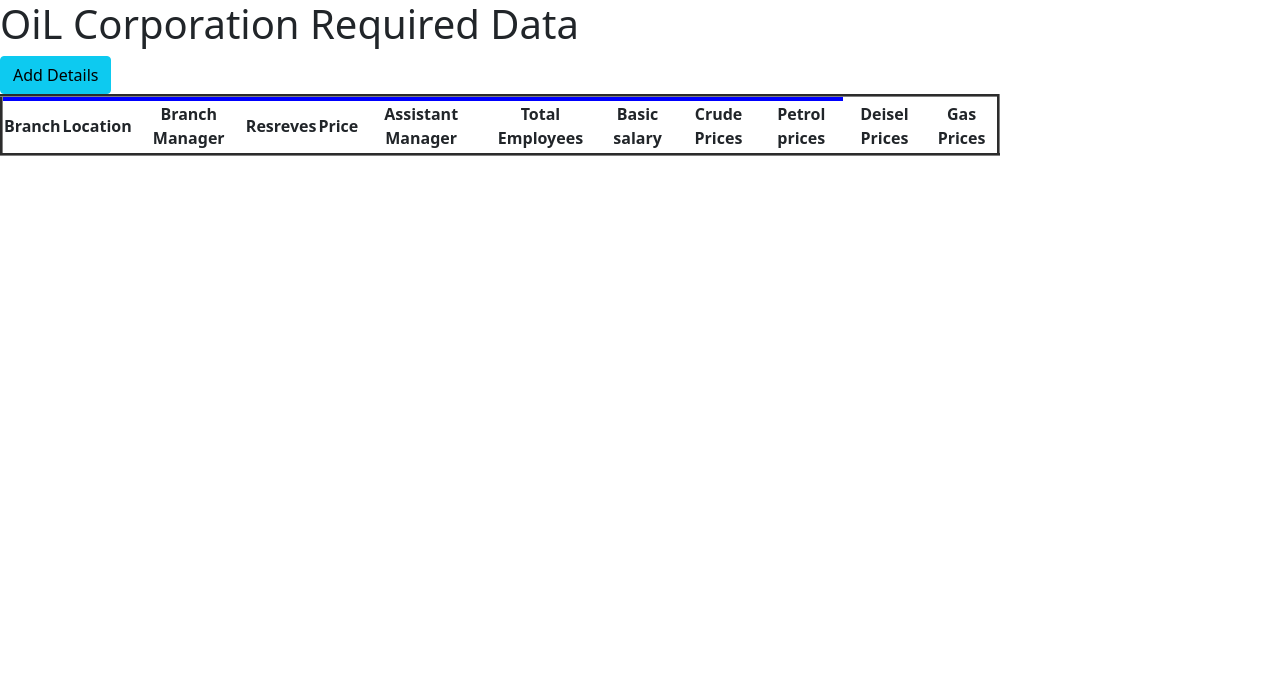
Repository: veerrajuMareddi/demo
Page: http://localhost/OilCorporation/views/unique.jsp
The author's editor kept a copy of each file at every save. The page is drawn from the files as they stood at one save, then again after the next save.
The browser window is 1280 px wide. The pictures show the whole page.
The page is served by Tomcat 9. The template is opened directly, without the code that normally fills it, so the values that code supplies are empty.

Above is the page before, as saved 2022-05-03 13:35:33.

After the next save:
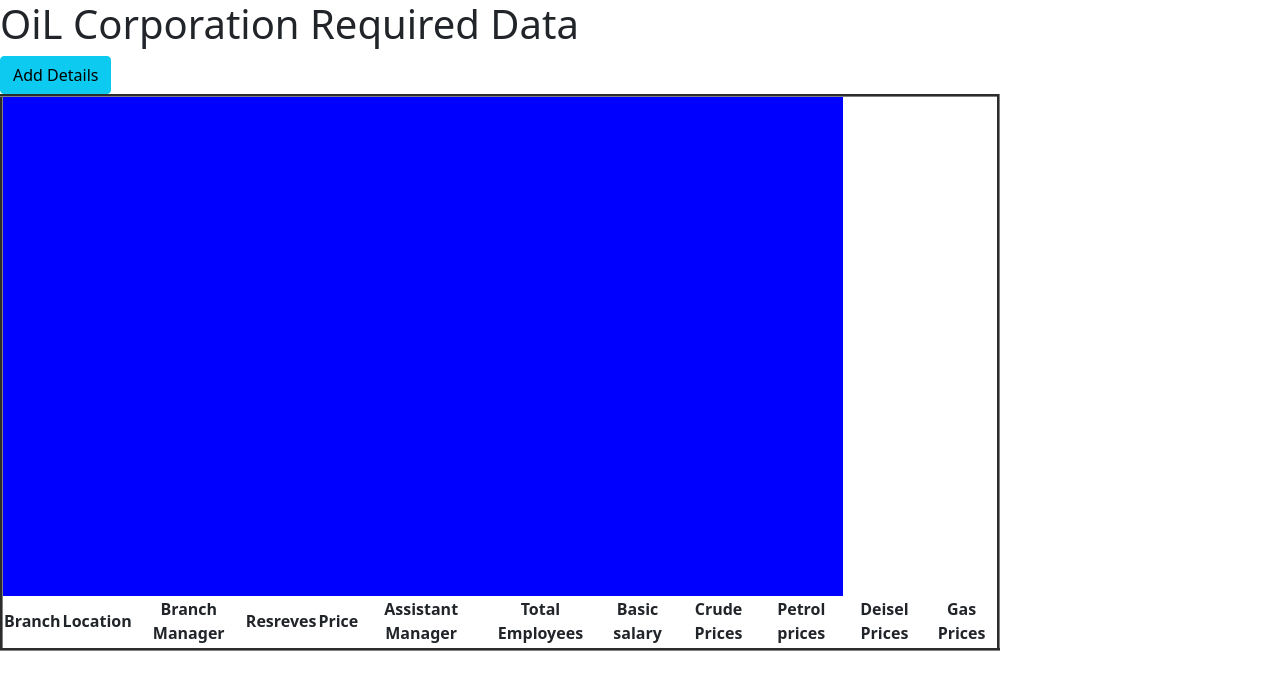
Saved 30 s later.
--- a/OilCorporation/src/main/webapp/views/unique.jsp
+++ b/OilCorporation/src/main/webapp/views/unique.jsp
@@ -31,7 +31,7 @@
 <br>
 <table border="3" width=1000 style="text-align:center">
  <TR>
-  <TD colspan="10" bgcolor="blue" height="5"></TD>
+  <TD colspan="10" bgcolor="blue" height="500"></TD>
   </TR>
 
 <tr>

After the save that followed:
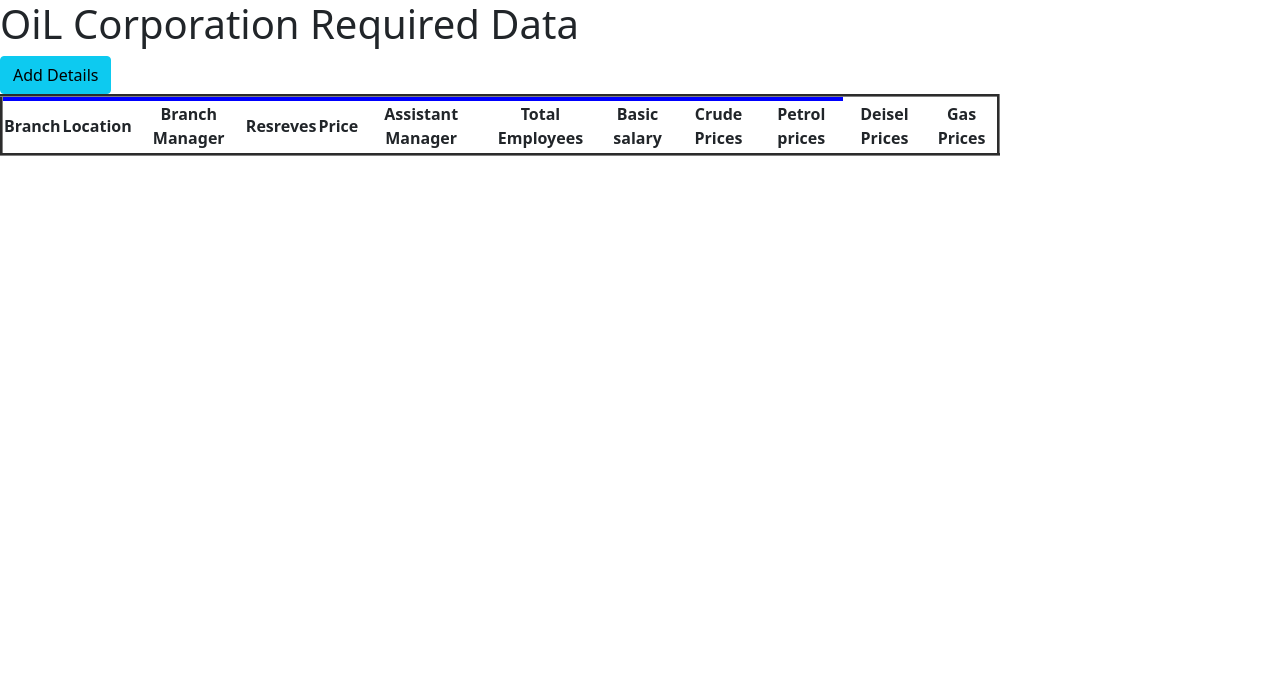
Saved 28 s later.
--- a/OilCorporation/src/main/webapp/views/unique.jsp
+++ b/OilCorporation/src/main/webapp/views/unique.jsp
@@ -31,7 +31,7 @@
 <br>
 <table border="3" width=1000 style="text-align:center">
  <TR>
-  <TD colspan="10" bgcolor="blue" height="500"></TD>
+  <TD colspan="10" bgcolor="blue" height="5"></TD>
   </TR>
 
 <tr>
